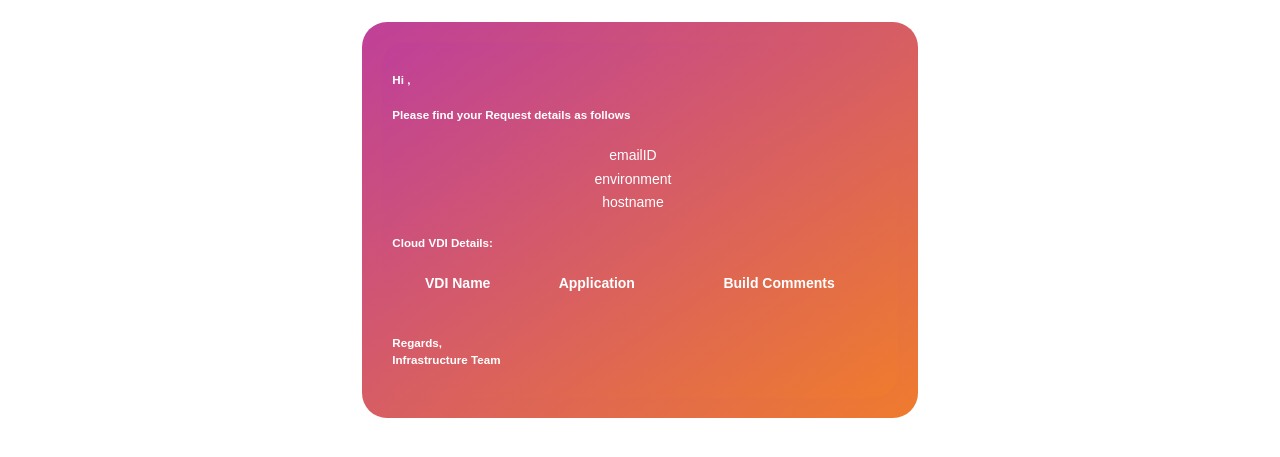
Repository: SumanpreetJhinjer/automationTosca
Page: JB_Workspace/SSINFRAP/WebContent/emailReports/requestConfirmationEmail.html
An editor plug-in stored every save of this project. The page is shown before and after the next save, followed by the edit.
The browser window is 1280 px wide. The pictures show the whole page.

Above is the page before, as saved 2019-02-07 00:33:36.

### JB_Workspace/SSINFRAP/WebContent/emailReports/requestConfirmationEmail.html

<!doctype html>
<html>
<head>
<meta name="viewport" content="width=device-width" />
<meta http-equiv="Content-Type" content="text/html; charset=UTF-8" />
<title>Request process confirmation Email</title>
<style>
/* -------------------------------------
          GLOBAL RESETS
      ------------------------------------- */
img {
	border: none;
	-ms-interpolation-mode: bicubic;
	max-width: 100%;
}

body {
	background-color: white;
	font-family: sans-serif;
	-webkit-font-smoothing: antialiased;
	font-size: 14px;
	line-height: 1.4;
	margin: 0;
	padding: 0;
	-ms-text-size-adjust: 100%;
	-webkit-text-size-adjust: 100%;
}

table {
	border-collapse: separate;
	mso-table-lspace: 0pt;
	mso-table-rspace: 0pt;
	width: 100%;

}

.mainTable{
background-color: #ae2035;
	color: white;
	border-radius: 25px;
	background-image: linear-gradient(to bottom right, #bf4099, #ef7b2e);
}

table td {
	font-family: sans-serif;
	font-size: 14px;
	vertical-align: top;
	color:white;

}

/* -------------------------------------
          BODY & CONTAINER
      ------------------------------------- */
.body {
	background-color: white;
	width: 100%;
}

/* Set a max-width, and make it display as block so it will automatically stretch to that width, but will also shrink down on a phone or something */
/* .container {
	display: block;
	Margin: 0 auto !important;

	max-width: 580px;
	padding: 10px;
	width: auto !important;
	width: 580px;
} */ /* makes it centered */

/* This should also be a block element, so that it will fill 100% of the .container */
/* .content {
	box-sizing: border-box;
	display: block;
	Margin: 0 auto;
	max-width: 580px;
	padding: 10px;
} */

/* -------------------------------------
          HEADER, FOOTER, MAIN
      ------------------------------------- */
.main {
	background:white;
	/* #f17b00; */
	border-radius: 3px;
	width: 100%;
}

td th {
	color:white;
}

.wrapper {
	box-sizing: border-box;
	padding: 20px;
	background-color: #ae2035;
	color: #210318c4;
	border-radius: 25px;
	background-image: linear-gradient(to bottom right, #bf4099, #ef7b2e);
}

.footer {
	clear: both;
	padding-top: 10px;
	text-align: center;
	width: 100%;
}

.footer td, .footer p, .footer span, .footer a {
	color: #999999;
	font-size: 12px;
	text-align: center;
}

/* -------------------------------------
          TYPOGRAPHY
      ------------------------------------- */
h1, h2, h3, h4 {
	color: #000000;
	font-family: sans-serif;
	font-weight: 400;
	line-height: 1.4;
	margin: 0;
	Margin-bottom: 30px;
}

h1 {
	font-size: 35px;
	font-weight: 300;
	text-align: center;
	text-transform: capitalize;
}

p, ul, ol {
	font-family: sans-serif;
	font-size: 14px;
	font-weight: normal;
	margin: 0;
	Margin-bottom: 15px;
}

p li, ul li, ol li {
	list-style-position: inside;
	margin-left: 5px;
}

a {
	color: #3498db;
	text-decoration: underline;
}

/* -------------------------------------
          BUTTONS
      ------------------------------------- */
.btn {
	box-sizing: border-box;
	width: 100%;
}

.btn>tbody>tr>td {
	padding-bottom: 15px;
}

.btn table {
	width: auto;
}

.btn table td {
	background-color: #ffffff;
	border-radius: 5px;
	text-align: center;
}

.machinelist th td {
padding: 8px;
  text-align: left;
  border-bottom: 1px solid #ddd;
}

.btn a {
	background-color: #ffffff;
	border: solid 1px #3498db;
	border-radius: 5px;
	box-sizing: border-box;
	color: #3498db;
	cursor: pointer;
	display: inline-block;
	font-size: 14px;
	font-weight: bold;
	margin: 0;
	padding: 12px 25px;
	text-decoration: none;
	text-transform: capitalize;
}

.btn-primary table td {
	background-color: #3498db;
}

.btn-primary a {
	background-color: #3498db;
	border-color: #3498db;
	color: #ffffff;
}

/* -------------------------------------
          OTHER STYLES THAT MIGHT BE USEFUL
      ------------------------------------- */
.last {
	margin-bottom: 0;
}

.first {
	margin-top: 0;
}

.align-center {
	text-align: center;
	color:white;
}

.align-right {
	text-align: right;
}

.align-left {
	text-align: left;
}

.clear {
	clear: both;
}

.mt0 {
	margin-top: 0;
}

.mb0 {
	margin-bottom: 0;
}

.preheader {
	color: transparent;
	display: none;
	height: 0;
	max-height: 0;
	max-width: 0;
	opacity: 0;
	overflow: hidden;
	mso-hide: all;
	visibility: hidden;
	width: 0;
}

.cell {
	width: 150px
}

.powered-by a {
	text-decoration: none;
}

hr {
	border: 0;
	border-bottom: 1px solid #f6f6f6;
	Margin: 20px 0;
}

/* -------------------------------------
          RESPONSIVE AND MOBILE FRIENDLY STYLES
      ------------------------------------- */
@media only screen and (max-width: 620px) {
	table[class=body] h1 {
		font-size: 28px !important;
		margin-bottom: 10px !important;
	}
	table[class=body] p, table[class=body] ul, table[class=body] ol, table[class=body] td,
		table[class=body] span, table[class=body] a {
		font-size: 16px !important;
	}
	table[class=body] .wrapper, table[class=body] .article {
		padding: 10px !important;
	}
	table[class=body] .content {
		padding: 0 !important;
	}
	table[class=body] .container {
		padding: 0 !important;
		width: 100% !important;
	}
	table[class=body] .main {
		border-left-width: 0 !important;
		border-radius: 0 !important;
		border-right-width: 0 !important;
	}
	table[class=body] .btn table {
		width: 100% !important;
	}
	table[class=body] .btn a {
		width: 100% !important;
	}
	table[class=body] .img-responsive {
		height: auto !important;
		max-width: 100% !important;
		width: auto !important;
	}
}

/* -------------------------------------
          PRESERVE THESE STYLES IN THE HEAD
      ------------------------------------- */
@media all {
	.ExternalClass {
		width: 100%;
	}
	.ExternalClass, .ExternalClass p, .ExternalClass span, .ExternalClass font,
		.ExternalClass td, .ExternalClass div {
		line-height: 100%;
	}
	.apple-link a {
		color: inherit !important;
		font-family: inherit !important;
		font-size: inherit !important;
		font-weight: inherit !important;
		line-height: inherit !important;
		text-decoration: none !important;
	}
	.btn-primary table td:hover {
		background-color: #34495e !important;
	}
	.btn-primary a:hover {
		background-color: #34495e !important;
		border-color: #34495e !important;
	}
}
</style>
</head>
<body class="">
	<table border="0" cellpadding="0" cellspacing="0" class="body">
		<tr>
			<td>&nbsp;</td>
			<td class="container"
				style="display: block; Margin: 0 auto !important; max-width: 580px; padding: 10px; width: auto !important; width: 580px;">
				<div class="content"
					style="box-sizing: border-box; display: block; Margin: 0 auto; max-width: 580px; padding: 10px;">

					<!-- START CENTERED WHITE CONTAINER -->
					<!-- <span class="preheader">This is preheader text. Some clients
						will show this text as a preview.</span> -->
					<table class="main">

						<!-- START MAIN CONTENT AREA -->
						<tr>
							<td class="wrapper">
								<table border="0" cellpadding="0" cellspacing="0" class="mainTable">
									<tr>
										<td style="padding:2%">
											<h5>
												Hi
												<userID>,
											</h5>
											<h5>Please find your Request details as follows</h5>
											<table border="0" cellpadding="0" cellspacing="0">
												<tbody>
													<tr>
														<td align="">
															<table class="userList">
																<tbody>
																	<tr>
																		<td class="align-center">emailID</td>
																		<td class="align-center"><emailID></td>
																	</tr>
																	<tr>
																		<td class="align-center">environment</td>
																		<td class="align-center"><environment></td>
																	</tr>
																	<tr>
																		<td class="align-center">hostname</td>
																		<td class="align-center"><hostname></td>
																	</tr>
																</tbody>
															</table>

															<h5>Cloud VDI Details:</h5>

															<table class="machinelist">
																<thead>
																	<th class="align-center">VDI Name</th>
																	<th class="align-center">Application</th>
																	<th class="align-center">Build Comments</th>
																</thead>
																<tbody>
																	<machineDetails>
																</tbody>

															</table>

														</td>
													</tr>
												</tbody>
											</table> <br>
											<h5>
					Regards,<br>Infrastructure Team
				</h5>
										</td>
									</tr>
								</table>
							</td>
						</tr>

						<!-- END MAIN CONTENT AREA -->
					</table>

					<!-- START FOOTER -->
					<!-- <div class="footer">
						<table border="0" cellpadding="0" cellspacing="0">
							<tr>

								<td class="content-block"><span class="apple-link">Telstra
										Corporation Limited</span>
							</tr>
							<tr>
								<td class="content-block"><span class="apple-link">Powered
										by Cognizant</span></td>
							</tr>

						</table>
					</div>
 -->
					<!-- END FOOTER -->

					<!-- END CENTERED WHITE CONTAINER -->
				</div>
			</td>
			<td>&nbsp;</td>
		</tr>
	</table>

</body>
</html>

After the next save:
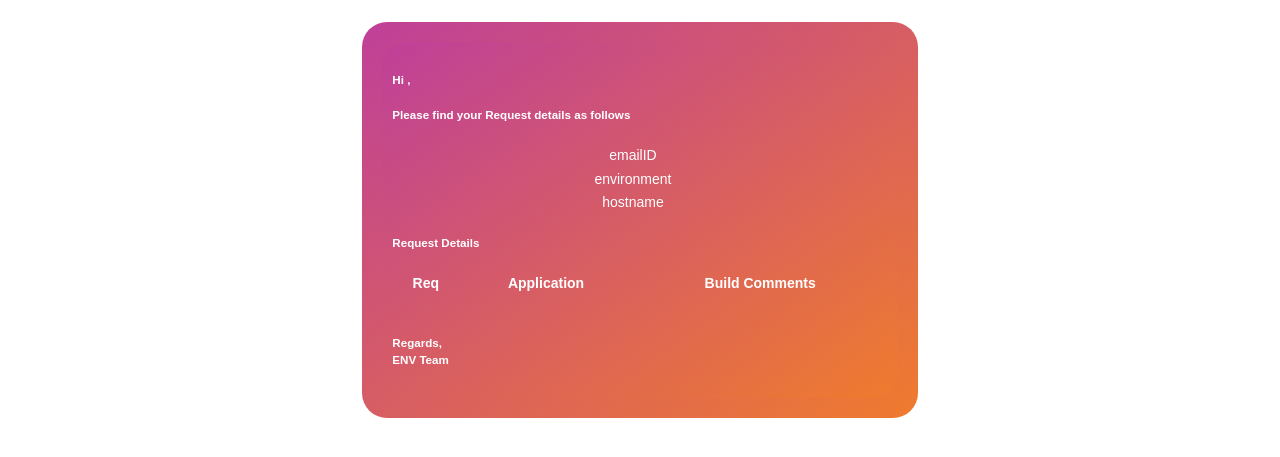
Saved 46 s later.
--- a/JB_Workspace/SSINFRAP/WebContent/emailReports/requestConfirmationEmail.html
+++ b/JB_Workspace/SSINFRAP/WebContent/emailReports/requestConfirmationEmail.html
@@ -383,11 +383,11 @@
 																</tbody>
 															</table>
 
-															<h5>Cloud VDI Details:</h5>
+															<h5>Request Details</h5>
 
 															<table class="machinelist">
 																<thead>
-																	<th class="align-center">VDI Name</th>
+																	<th class="align-center">Req</th>
 																	<th class="align-center">Application</th>
 																	<th class="align-center">Build Comments</th>
 																</thead>
@@ -402,7 +402,7 @@
 												</tbody>
 											</table> <br>
 											<h5>
-					Regards,<br>Infrastructure Team
+					Regards,<br>ENV Team
 				</h5>
 										</td>
 									</tr>
